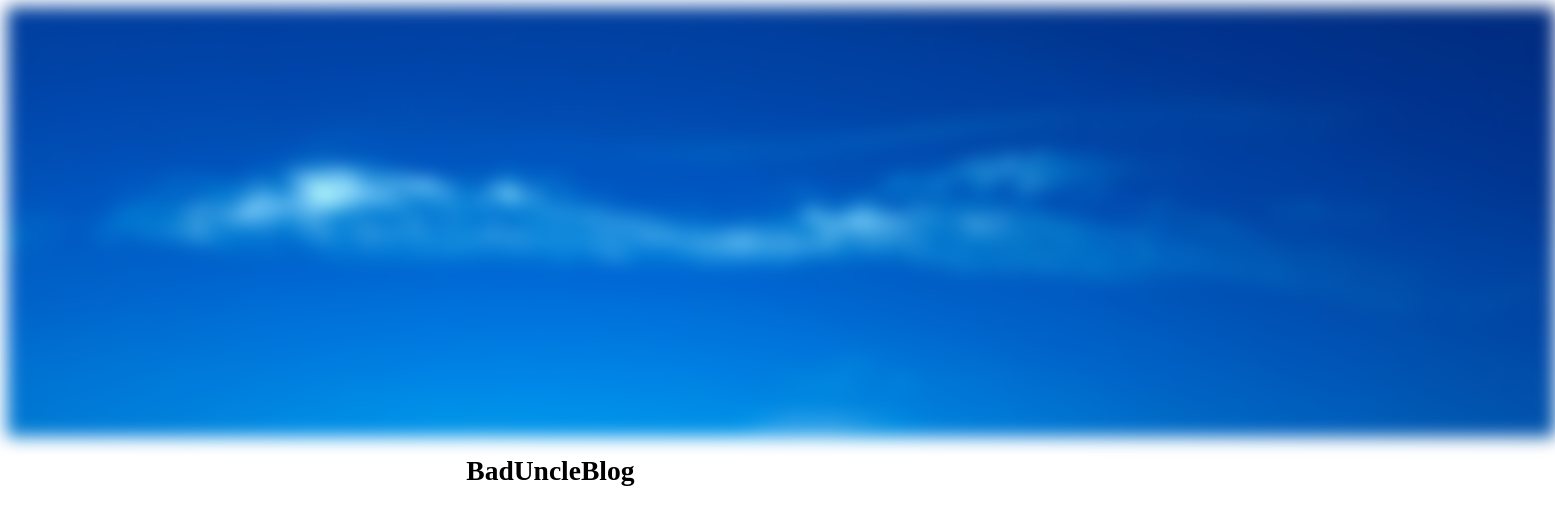
Repository: lidasi/monkeyLife
Page: http://localhost/monkeyLife/jsp/topbar.jsp
An editor plug-in stored every save of this project. The page is shown before and after the next save, followed by the edit.
The browser window is 1280 px wide. The page is 1808 px wide, so the pictures cover 1808 px, including what lies to the right of the window. The pictures show the whole page, at 86% of full size.
The page is served by Tomcat 9.

Above is the page before, as saved 2017-07-13 07:02:08.

After the next save:
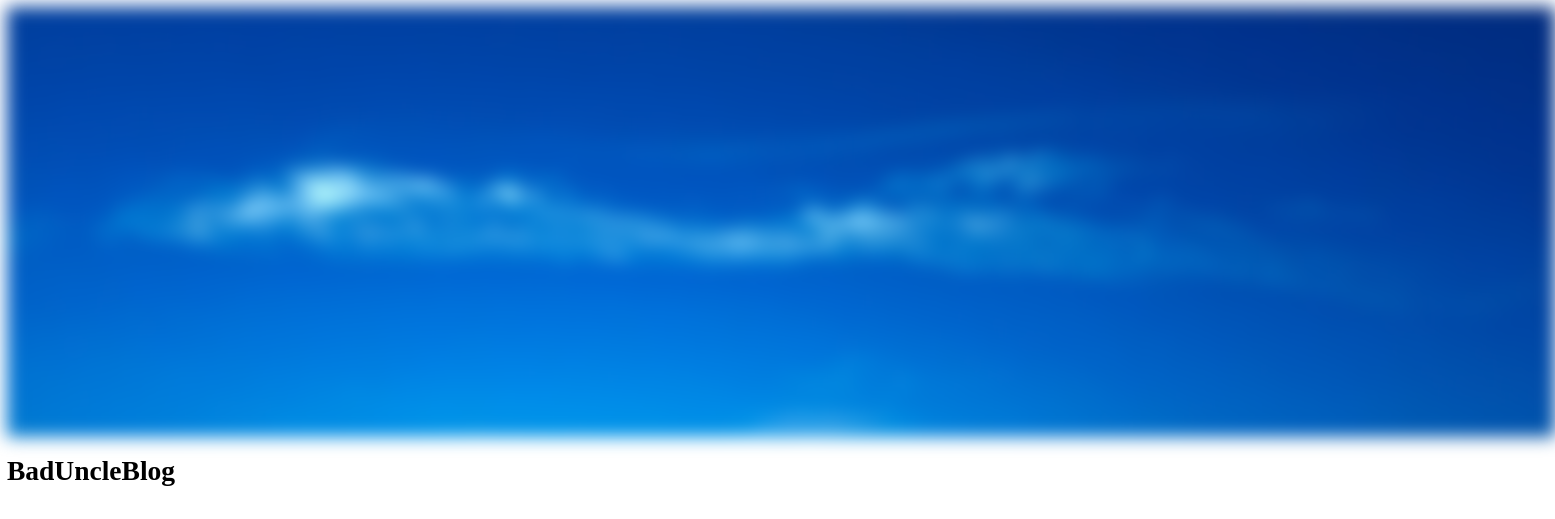
Saved 40 s later.
--- a/workSpeaces/monkeyLife/WebContent/css/top.css
+++ b/workSpeaces/monkeyLife/WebContent/css/top.css
@@ -1,4 +1,5 @@
 @CHARSET "UTF-8";
+.div-relative{position:relative; color:#000; border:1px solid #000; width:100%; height:200px}
 #backgroundImage{
 /*    border: 1px solid #CCCCCC;
     padding:90px 5px 10px;*/
@@ -27,5 +28,3 @@
     100% {top:0px; background:url("../image/dock/backgroundImage.jpg");
     }
 }
-
-#title {text-align: center; }
